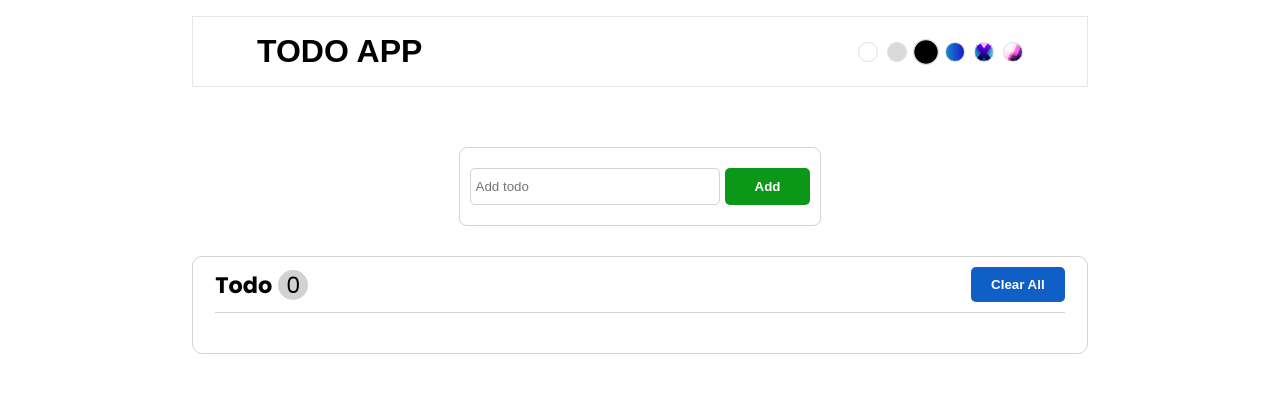
Repository: michalmilek/TodoApp
Page: /
These files come from the project's save history. The page is drawn as it stood at one moment and after the next save; the edit follows.
The browser window is 1280 px wide. The pictures show the whole page.
Some web fonts or font styles are not loaded; a fallback is used. The project was rebuilt for these pictures with package versions that can differ from the ones it lists, and the page was loaded fresh each time. Also part of the build but not shown: vite.config.js.

Above is the page before, as saved 2023-02-01 15:51:27.

### src/App.jsx
import { useEffect, useState } from "react";
import "./App.css";
import AddTodo from "./components/AddTodo";
import Header from "./components/Header";
import ShowTodo from "./components/ShowTodo";

function App() {
  const [todolist, setTodolist] = useState(
    JSON.parse(localStorage.getItem("todolist")) || []
  );
  const [todo, setTodo] = useState({});

  useEffect(() => {
    localStorage.setItem("todolist", JSON.stringify(todolist));
  }, [todolist]);

  return (
    <div className="App">
      <Header />
      <AddTodo
        todolist={todolist}
        setTodolist={setTodolist}
        todo={todo}
        setTodo={setTodo}
      />
      <ShowTodo
        todolist={todolist}
        setTodolist={setTodolist}
        todo={todo}
        setTodo={setTodo}
      />
    </div>
  );
}

export default App;

### src/index.css
@import url(https://fonts.googleapis.com/css?family=Poppins:100,100italic,200,200italic,300,300italic,regular,italic,500,500italic,600,600italic,700,700italic,800,800italic,900,900italic);
@import url(https://fonts.googleapis.com/css?family=Texturina:100,200,300,regular,500,600,700,800,900,100italic,200italic,300italic,italic,500italic,600italic,700italic,800italic,900italic);

*{
  box-sizing: border-box;
  margin: 0;
  padding: 0;
}

body{
  display: flex;
  flex-direction: column;
  align-items: center;
  justify-content: center;
  font-family: 'Poppins', sans-serif;
}

### src/App.css
header{
  display: flex;
  justify-content: space-between;
  align-items: center;
  width: 70vw;
  margin-top: 1rem;
  padding: 1rem 4rem;
  border: 1px solid rgb(230, 230, 230);
}

  .logo{
    font-family: 'Texturina', sans-serif;
  }

  .themeSelector{
    display: flex;
    gap: 4px;
  }

  header .themeSelector span{
  height: 20px;
  width: 20px;
  border-radius: 50%;
  display: inline-block;
  margin-left: 5px;
  cursor: pointer;
  border: 1px solid #dfdfdf;
  transition: all 0.3s ease;
}

  .light{
  background-color: rgb(255, 255, 255);
  }

  .medium{
  background-color: rgb(218, 218, 218);
  }

  .dark{
  background-color: rgb(0, 0, 0);
  }

  .g1{
  background: linear-gradient(90deg, #1888c9, #181bc9);;
  }

  .g2{
    background: linear-gradient(235deg, #FFFFFF 0%, #000F25 100%), linear-gradient(180deg, #6100FF 0%, #000000 100%), linear-gradient(235deg, #FFA3AC 0%, #FFA3AC 40%, #00043C calc(40% + 1px), #00043C 60%, #005D6C calc(60% + 1px), #005D6C 70%, #00C9B1 calc(70% + 1px), #00C9B1 100%), linear-gradient(125deg, #FFA3AC 0%, #FFA3AC 40%, #00043C calc(40% + 1px), #00043C 60%, #005D6C calc(60% + 1px), #005D6C 70%, #00C9B1 calc(70% + 1px), #00C9B1 100%);
  background-blend-mode: soft-light, screen, darken, normal;
}

.g3{
  background: linear-gradient(125deg, #FFFFFF 0%, #000000 100%), linear-gradient(200deg, #FFD9E8 0%, #FFD9E8 50%, #DE95BA calc(50% + 1px), #DE95BA 60%, #7F4A88 calc(60% + 1px), #7F4A88 75%, #4A266A calc(75% + 1px), #4A266A 100%), linear-gradient(113deg, #FFD9E8 0%, #FFD9E8 40%, #DE95BA calc(40% + 1px), #DE95BA 50%, #7F4A88 calc(50% + 1px), #7F4A88 70%, #4A266A calc(70% + 1px), #4A266A 100%);
  background-blend-mode: overlay, overlay, normal;

}

.active{
  transition: all 0.3s ease;
  scale: 1.3;
}


.addTodo {
  margin-top: 60px;
  display: flex;
  justify-content: center;
  align-items: center;
}

.addTodo form{
  padding: 20px 10px;
  background: rgb(255, 255, 255);
  border: 1px solid rgb(211, 210, 210);
  display: flex;
  gap: 5px;
  border-radius: 8px;
}

.addTodo form input{
  padding: 10px 5px;
  max-width: 350px;
  min-width: 250px;
  border: 1px solid rgb(211, 210, 210);
  outline: none;
  border-radius: 5px;
}

.addTodo form button{
  background: rgb(11, 151, 23);
  border: none;
  padding: 0 30px;
  border-radius: 5px;
  color: #fff;
  font-weight: bold;
  cursor: pointer;
}



.showTodo{
  margin-top: 30px;
  display: flex;
  flex-direction: column;
  justify-content: center;
  align-items: center;
  border-radius: 10px;
  border: 1px solid rgb(211, 210, 210);
}

.head{
  display: flex;
  width: 95%;
  padding: 10px 0px;
  justify-content: space-between;
  border-bottom: 1px solid rgb(211, 210, 210);
}

.head_Todo{
  display: flex;
  gap: 6px;
  justify-content: center;
  align-items: center;
}


.title{
  font-weight: bold;
  font-size: 1.4rem;
}

.count{
  display: flex;
  justify-content: center;
  align-items: center;
  border-radius: 50%;
  height: 30px;
  width: 30px;
  font-size: 1.4rem;
  background: rgb(211, 210, 210);
}

.clearAll{
    background: rgb(15, 95, 199);
  border: none;
  padding: 10px 20px;
  border-radius: 5px;
  color: #fff;
  font-weight: bold;
  cursor: pointer;
}

ul{
  padding: 20px 0;
  display: flex;
  width: 90%;
  list-style-type: none;
  justify-items: start;
  gap: 20px;
}

ul li{
  display: flex;
  gap: 35px;
  padding: 10px 10px;
  border-radius: 4px;
  border: 1px solid rgb(211, 210, 210);
  border-left: 5px solid rgb(15, 95, 199);
}

ul li p{
  display: flex;
  gap: 10px;
  flex-direction: column;
}

ul li p .titleTodo{
  font-weight: bold;
  font-size: 1.3rem;

}

ul li p .timeTodo{
  font-style: italic;
  color: rgb(131, 131, 131);

}


.icons svg{
height: 24px;
width: 24px;
}

.icons .pen{
  color: rgb(0, 81, 255);
}

.icons .trash{
  color: red;
}

### src/components/AddTodo.jsx
import React from "react";

const AddTodo = ({ todolist, setTodolist, todo, setTodo }) => {
  const handleSubmit = (e) => {
    e.preventDefault();

    if (todo.id) {
      const date = new Date();
      const updateTodolist = todolist.map((item) =>
        item.id === todo.id
          ? {
              id: todo.id,
              name: todo.name,
              time: `${date.toLocaleTimeString()} ${date.toLocaleDateString()}`,
            }
          : item
      );
      setTodolist(updateTodolist);
      setTodo({});
    } else {
      console.log(e.target.todo.value);
      const date = new Date();
      const newTask = {
        id: Math.random(),
        name: e.target.todo.value,
        time: `${date.toLocaleTimeString()} ${date.toLocaleDateString()}`,
      };
      setTodolist([...todolist, newTask]);
      e.target.todo.value = "";
    }
  };
  return (
    <section className="addTodo">
      <form onSubmit={handleSubmit}>
        <input
          type="text"
          name="todo"
          value={todo.name || ""}
          onChange={(e) => setTodo({ ...todo, name: e.target.value })}
          autoComplete="off"
          placeholder="Add todo"
          maxLength="25"
        />
        <button type="submit">{todo.id ? "Update" : "Add"}</button>
      </form>
    </section>
  );
};

export default AddTodo;

### src/components/Header.jsx
import React, { useEffect, useState } from "react";

const Header = () => {
  const [theme, setTheme] = useState("dark");

  /*   useEffect(() => {
    document.documentElement.classList.remove(theme);
    document.documentElement.classList.add(theme);
  }); */

  return (
    <header>
      <div className="logo">
        <h1>TODO APP</h1>
      </div>
      <div className="themeSelector">
        <span
          onClick={() => setTheme("light")}
          className={theme === "light" ? "light active" : "light"}></span>
        <span
          onClick={() => setTheme("medium")}
          className={theme === "medium" ? "medium active" : "medium"}></span>
        <span
          onClick={() => setTheme("dark")}
          className={theme === "dark" ? "dark active" : "dark"}></span>
        <span
          onClick={() => setTheme("g1")}
          className={theme === "g1" ? "g1 active" : "g1"}></span>
        <span
          onClick={() => setTheme("g2")}
          className={theme === "g2" ? "g2 active" : "g2"}></span>
        <span
          onClick={() => setTheme("g3")}
          className={theme === "g3" ? "g3 active" : "g3"}></span>
      </div>
    </header>
  );
};

export default Header;

### src/components/ShowTodo.jsx
import React from "react";
import { Icon } from "@iconify/react";

const ShowTodo = ({ todolist, setTodolist, todo, setTodo }) => {
  const handleEdit = (id) => {
    const selectedTodo = todolist.find((item) => item.id === id);
    console.log(selectedTodo);
    setTodo(selectedTodo);
  };

  const handleDelete = (id) => {
    const updatedTodoList = todolist.filter((item) => item.id !== id);
    setTodolist(updatedTodoList);
  };
  return (
    <div className="showTodo">
      <div className="head">
        <div className="head_Todo">
          <span className="title">Todo</span>
          <span className="count">{todolist.length}</span>
        </div>
        <button
          onClick={() => setTodolist([])}
          className="clearAll">
          Clear All
        </button>
      </div>
      <ul>
        {todolist.map((todo, index) => (
          <li key={index}>
            <p>
              <span className="titleTodo">{todo.name}</span>
              <span className="timeTodo">{todo.time}</span>
            </p>
            <div className="icons">
              <Icon
                onClick={() => handleEdit(todo.id)}
                className="pen"
                icon="material-symbols:edit"
              />
              <Icon
                onClick={() => handleDelete(todo.id)}
                className="trash"
                icon="mdi:trash"
              />
            </div>
          </li>
        ))}
      </ul>
    </div>
  );
};

export default ShowTodo;

Loaded but not shown: index.html (common file); src/main.jsx (common file)

After the next save:
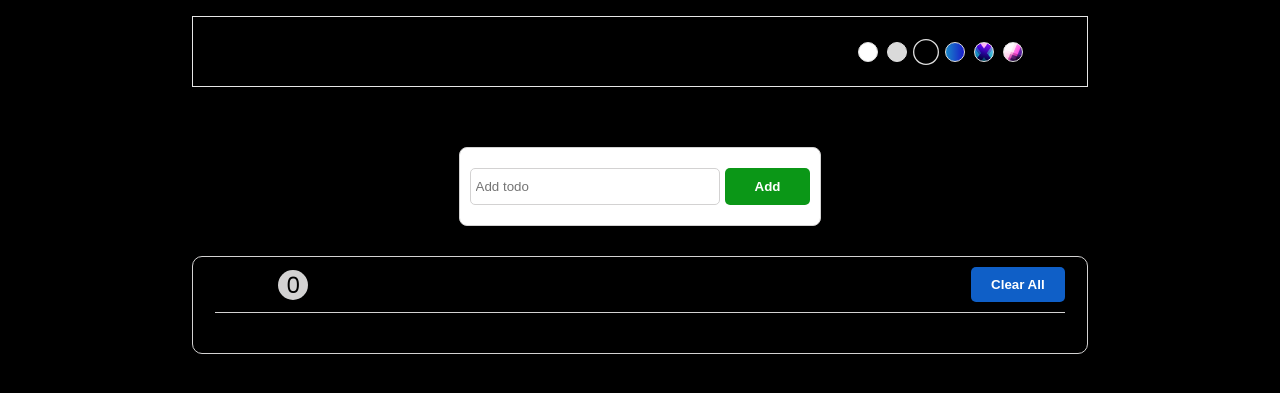
Saved 11 s later.
--- a/src/components/Header.jsx
+++ b/src/components/Header.jsx
@@ -3,10 +3,10 @@ import React, { useEffect, useState } from "react";
 const Header = () => {
   const [theme, setTheme] = useState("dark");
 
-  /*   useEffect(() => {
+  useEffect(() => {
     document.documentElement.classList.remove(theme);
     document.documentElement.classList.add(theme);
-  }); */
+  });
 
   return (
     <header>
